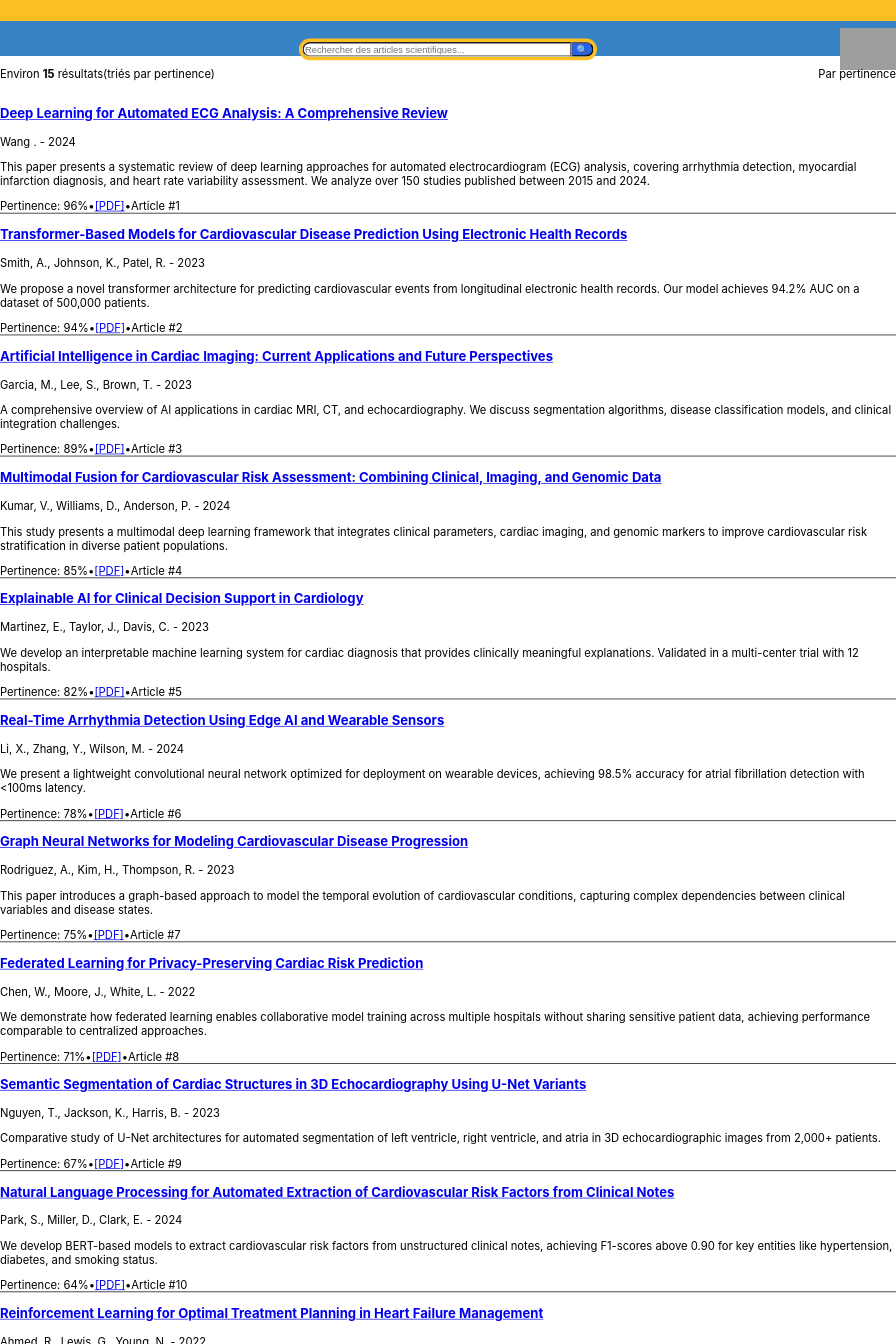
Repository: elh33/SemanticSciSearch
Page: / (app in frontend/)
These files come from the project's save history. The page is drawn as it stood at one moment and after the next save; the edit follows.
The browser window is 1280 px wide. The pictures show the part of the page from y = 0 to 1920 px (the page is 2655 px tall before and 2705 px after), at 70% of full size.
Pictures or frames that could not be fetched are drawn as grey boxes. The project was rebuilt for these pictures with package versions that can differ from the ones it lists, and the page was loaded fresh each time.

Above is the page before, as saved 2025-11-21 23:16:03.

After the next save:
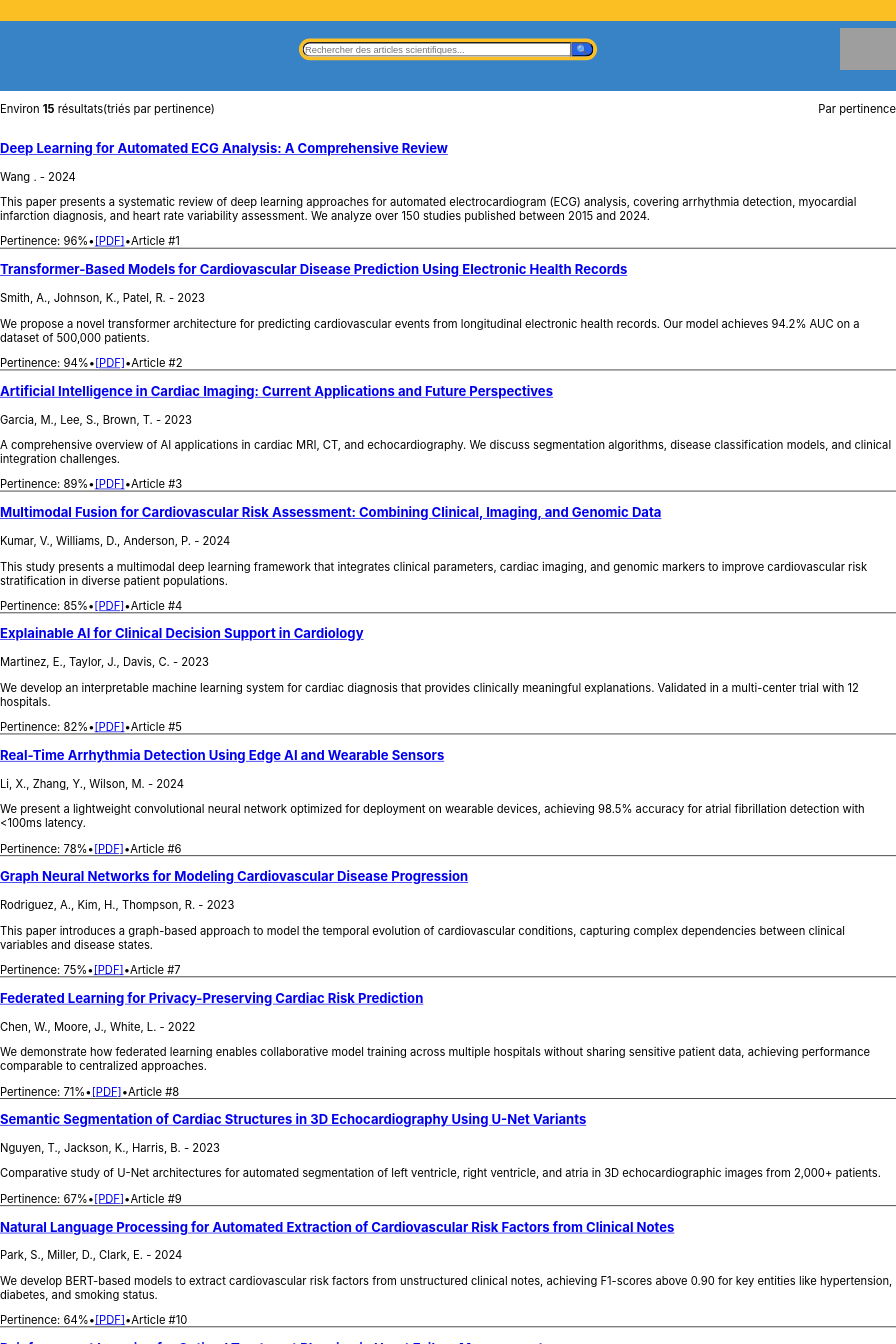
Saved 7 s later.
--- a/frontend/src/components/SearchResults.tsx
+++ b/frontend/src/components/SearchResults.tsx
@@ -42,7 +42,7 @@ const SearchResults: React.FC = () => {
       <div style={{ backgroundColor: '#fbbf24', height: '30px' }} className="w-full"></div>
 
       {/* En-tête avec fond bleu - GRANDE BARRE */}
-      <div style={{ backgroundColor: '#3883c5ff' , height: '50px' }} className="w-full">
+      <div style={{ backgroundColor: '#3883c5ff' , height: '100px' }} className="w-full">
         <div className="max-w-7xl mx-auto px-4 py-10">
           <div className="flex items-center justify-between gap-6">
             {/* Espace vide à gauche pour centrer la barre */}
